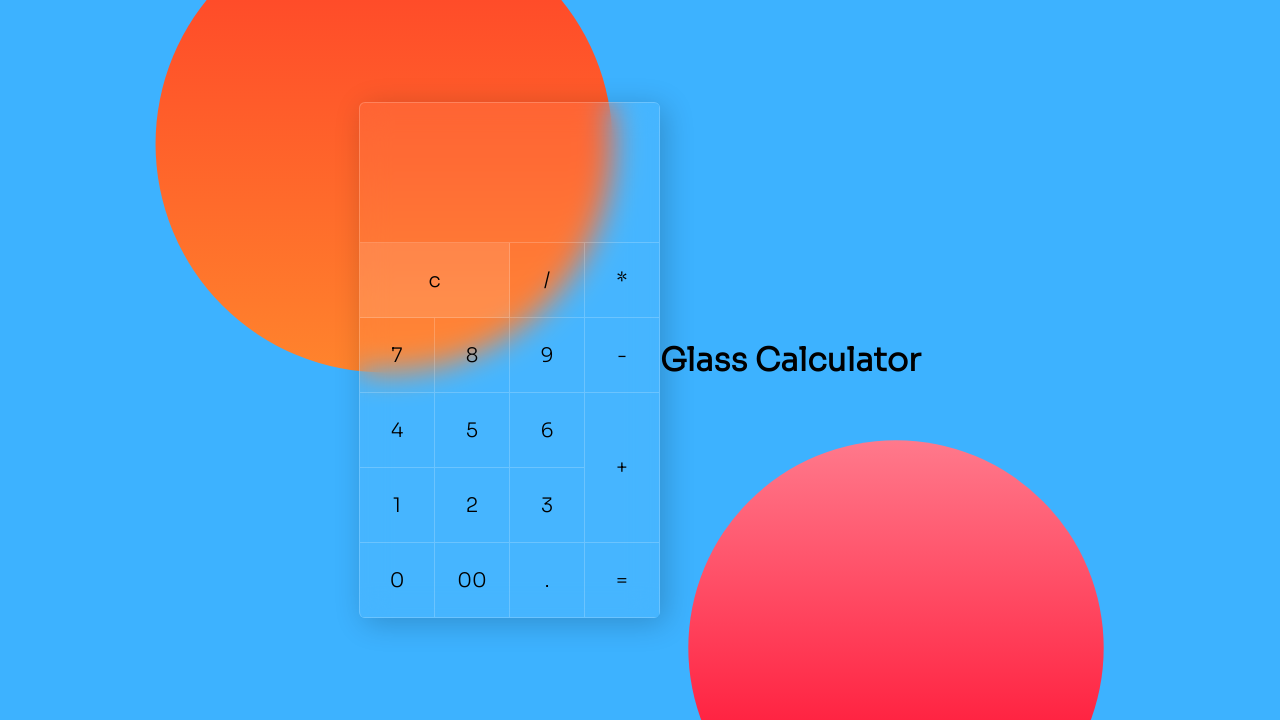
Repository: tharunkumaar404/Glass-Calci
Page: index.html
The author's editor kept a copy of each file at every save. The page is drawn from the files as they stood at one save, then again after the next save.
The browser window is 1280 px wide. The pictures show the whole page.

Above is the page before, as saved 2021-08-26 15:13:46.

After the next save:
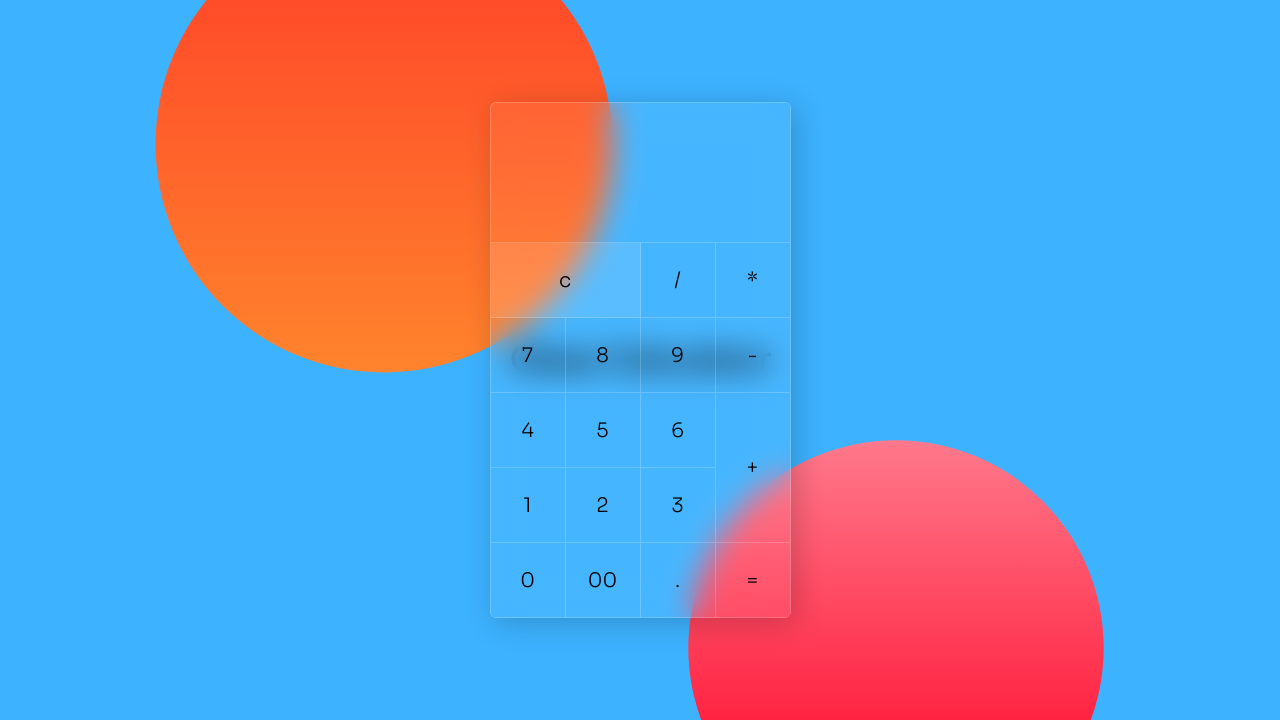
Saved 17 s later.
--- a/styles.css
+++ b/styles.css
@@ -108,3 +108,7 @@ body::after{
 grid-row: span 2;
 height:150px;
 }
+
+h1{
+    position: absolute;
+}
